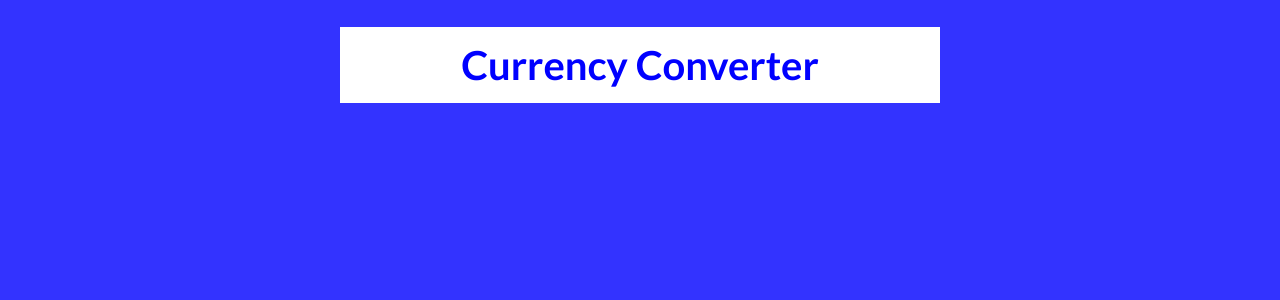
Repository: kkasperczyk/currency-converter
Page: index.html
An editor plug-in stored every save of this project. The page is shown before and after a run of saves, followed by the edit.
The browser window is 1280 px wide. The pictures show the whole page.

Above is the page before, as saved 2020-06-15 22:05:53.

### index.html
<!DOCTYPE html>
<html lang="en">

<head>
    <meta charset="UTF-8">
    <meta name="viewport" content="width=device-width, initial-scale=1.0">
    <link rel="stylesheet" href="https://cdnjs.cloudflare.com/ajax/libs/normalize/8.0.1/normalize.min.css"
        integrity="sha256-l85OmPOjvil/SOvVt3HnSSjzF1TUMyT9eV0c2BzEGzU=" crossorigin="anonymous" />
    <link rel="stylesheet" href="css/global.css">
    <link rel="stylesheet" href="css/container.css">
    <link rel="stylesheet" href="css/header.css">
    <script defer src="js/script.js"></script>
    <link href="https://fonts.googleapis.com/css2?family=Lato:ital,wght@0,400;0,700;1,400&display=swap" rel="stylesheet">
    <title>Currency Converter</title>
</head>

<body>
    <div class="container">
        <header class="header">
            <h1 class="header__title">Currency Converter</h1>
        </header>
        <form class="form">

        </form>
    </div>
</body>

</html>

### css/global.css
html {
  box-sizing: border-box;
}

*,
::after,
::before {
  box-sizing: inherit;
}

body {
  font-family: "Lato", sans-serif;
  background-color: hsl(240, 100%, 60%);
}

### css/container.css
.container {
    max-width: 600px;
    margin: 0 auto;
    background-color: white;
}

### css/header.css
.header {
    text-align: center;
}

.header__title {
    color: hsl(240, 100%, 50%);
    padding: 15px;
    font-size: 40px;
}

### js/script.js
console.log("Hi all developers! Nice to see you here.");

After the next 2 saves:
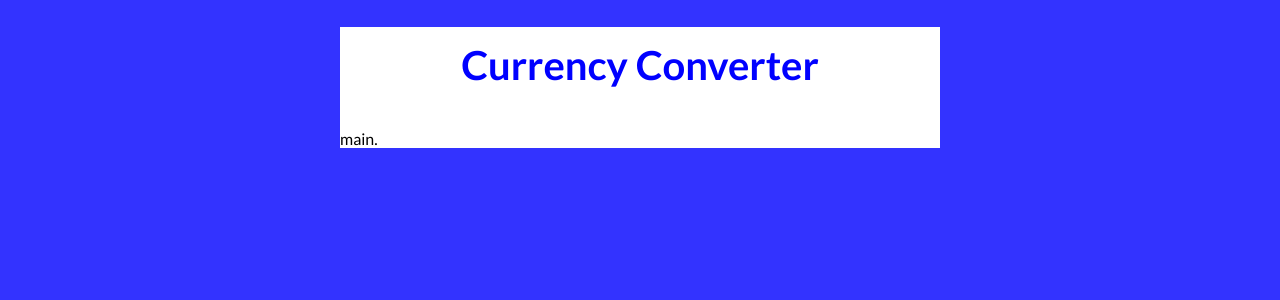
The 2 saves are shown as one change because they came seconds apart.
The last was saved 20 s later.
--- a/index.html
+++ b/index.html
@@ -19,6 +19,7 @@
         <header class="header">
             <h1 class="header__title">Currency Converter</h1>
         </header>
+        main.
         <form class="form">
 
         </form>
